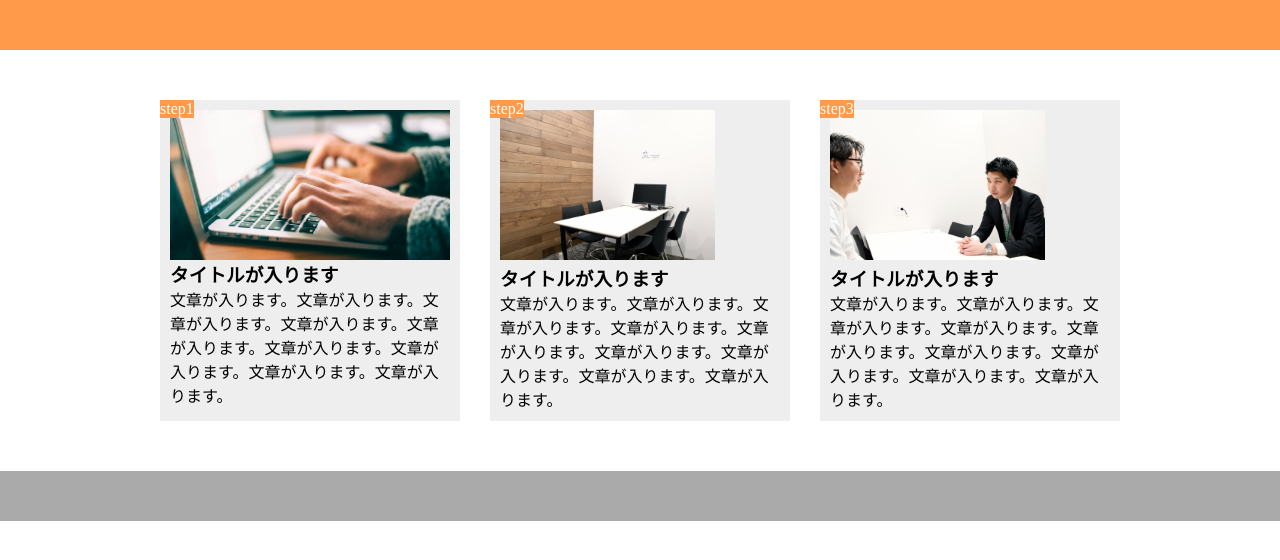
Repository: nashiworio1011/git-kadi1
Page: ennsyuu/chapter9.html
The author's editor kept a record of every edit. The page is drawn from the files as they stood at one moment, then again after the next edit.
The browser window is 1280 px wide. The pictures show the whole page.

Above is the page before.

After the next edit:
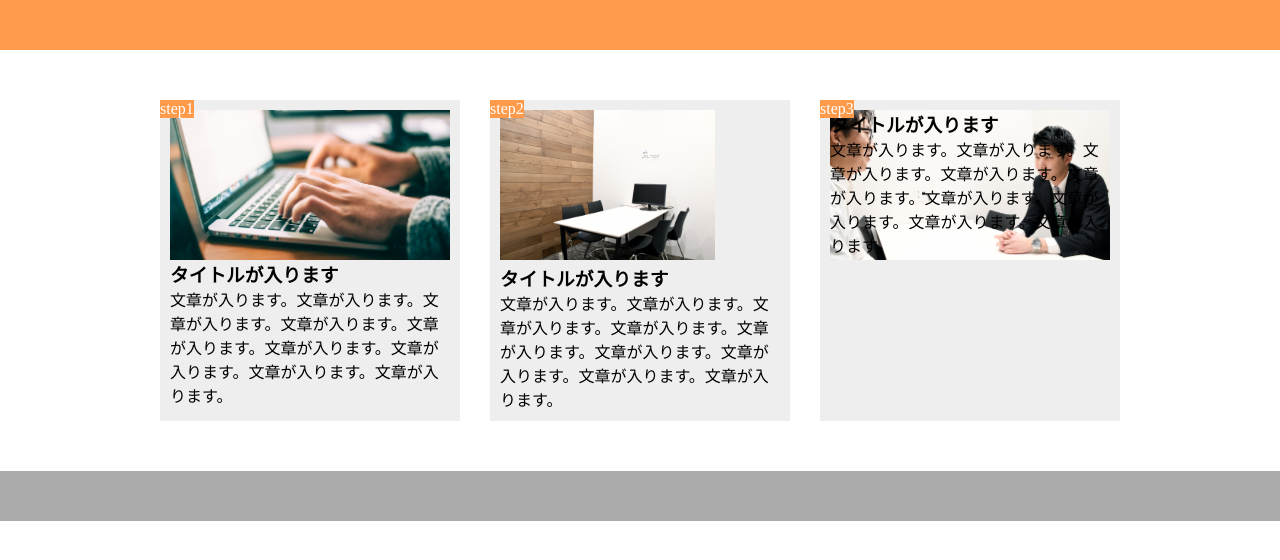
The edit:
--- a/ennsyuu/chapter9.html
+++ b/ennsyuu/chapter9.html
@@ -23,7 +23,7 @@
       </div>
       <div class="stepbox">
         <div class="step-num">step3</div>
-        <img class="step-img3" src="img/flow03.png">
+        <div class="step-img3">
         <h3>タイトルが入ります</h3>
        <p>文章が入ります。文章が入ります。文章が入ります。文章が入ります。文章が入ります。文章が入ります。文章が入ります。文章が入ります。文章が入ります。</p>
       </div>
